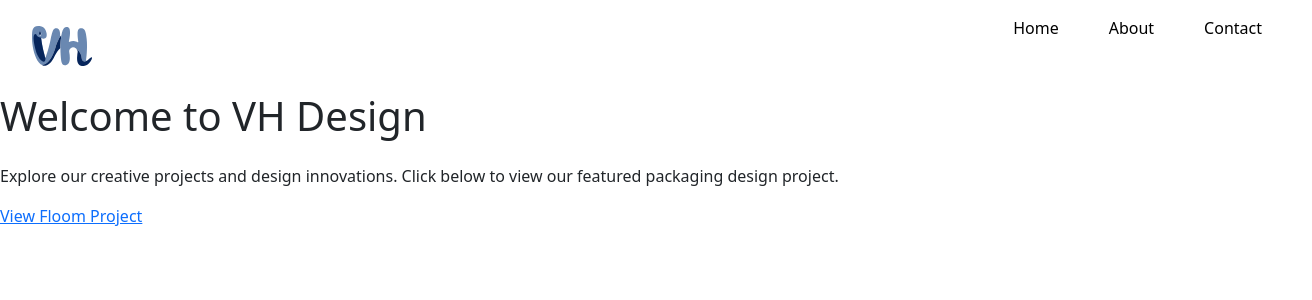
Repository: Vanessahyc/vanessa-portfolio
Page: /
An editor plug-in stored every save of this project. The page is shown before and after the next save, followed by the edit.
The browser window is 1280 px wide. The page is 1312 px wide, so the pictures cover 1312 px, including what lies to the right of the window. The pictures show the whole page.
The project was rebuilt for these pictures with package versions that can differ from the ones it lists, and the page was loaded fresh each time. The framework's server and built-in components were replaced by stand-ins that run in the browser. Also part of the build but not shown: next.config.mjs.

Above is the page before, as saved 2025-02-07 16:25:10.

After the next save:
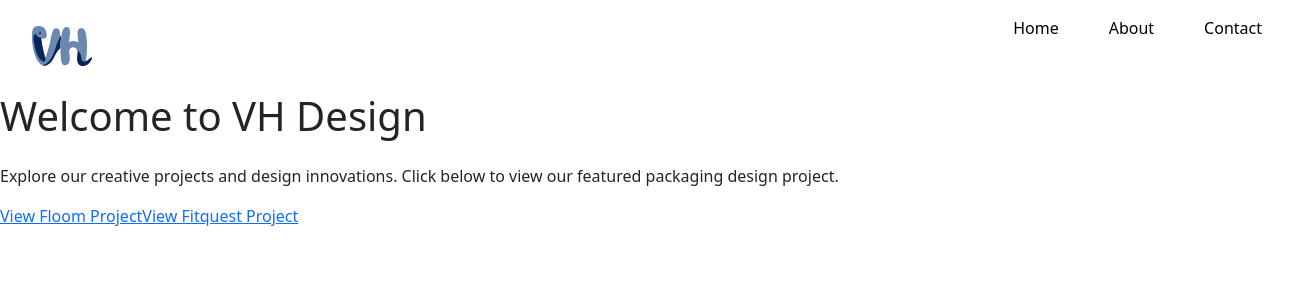
Saved 60 s later.
--- a/src/app/page.js
+++ b/src/app/page.js
@@ -13,6 +13,7 @@ export default function Home() {
               Explore our creative projects and design innovations. Click below to view our featured packaging design project.
             </p>
             <Link href="/floom">View Floom Project</Link>
+            <Link href='/fitquest'>View Fitquest Project</Link>
           </div>
         </section>
       </main>
